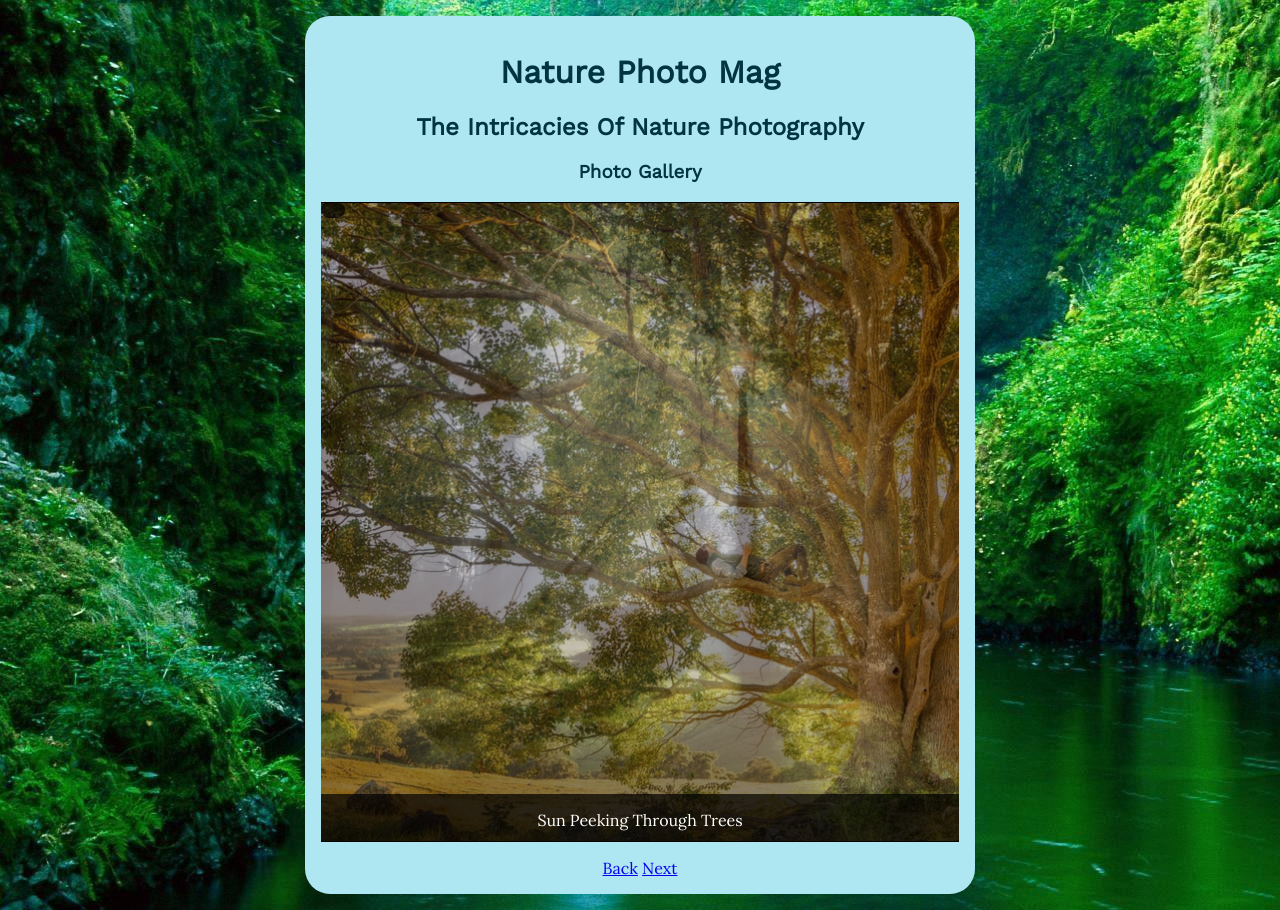
Repository: alexmaddux99/Image-Gallery
Page: index.html
These files come from the project's save history. The page is drawn as it stood at one moment and after the next save; the edit follows.
The browser window is 1280 px wide. The pictures show the whole page.
Backgrounds fixed to the window are drawn as part of the page.

Above is the page before, as saved 2022-03-10 12:12:59.
Console error: TypeError: Cannot set properties of null (setting 'innerHTML')

### index.html
<!DOCTYPE html>
<html lang="en">
<head>
  <meta charset="UTF-8">
  <meta http-equiv="X-UA-Compatible" content="IE=edge">
  <meta name="viewport" content="width=device-width, initial-scale=1.0">
  <title>Nature Photo Mag - The Intricacies Of Nature Photography - Photo Gallery</title>
  <link rel="stylesheet" href="css/main.css">
  <script  src="js/main.js" defer></script>

</head>
<body>

<div class="content">
<h1>Nature Photo Mag</h1>
<h2>The Intricacies Of Nature Photography</h2>
<section>
  <h3>Photo Gallery</h3>

  <figure class="frame">
    <img class="slide current" src="images/1.jpg" alt="Man Sleeping In Tree" numb="1/10">
    <img class="slide" src="images/2.jpg" alt="Sun Peeking Through Trees" numb="2/10">
    <img class="slide" src="images/3.jpg" alt="Couple Looking At Mountain Overlooking Lake">
    <img class="slide" src="images/4.jpg" alt="Northern Lights">
    <img class="slide" src="images/5.jpg" alt="Storm On The Coast">
    <img class="slide" src="images/6.jpg" alt="Mountain Overlooking house">
    <img class="slide" src="images/7.jpg" alt="Aerial Shot of Antartic Landscape">
    <img class="slide" src="images/8.jpg" alt="Close Up Of Crystal">
    <img class="slide" src="images/9.jpg" alt="Aerial Shot Of Remote Landscape">
    <img class="slide" src="images/10.jpg" alt="Aerial Shot Overlooking Ice Berg">




    <figcaption class="caption"></figcaption>

    <div class="numb1"></div>
  </figure>

  <div class="controls">
    <a href="#" class="back-btn">Back</a>
    <a href="#" class="next-btn">Next</a>
  </div>

</section>
</div>

</body>
</html>

### css/main.css
@import url('https://fonts.googleapis.com/css2?family=Lora&family=Work+Sans&display=swap');

* {
  box-sizing:border-box;
}



body {
  color: #013440;
  text-align:center;
  background-image: url(../images/background.jpg);
  background-attachment: fixed;
}

h1, h2, h3{

  font-family: 'Work Sans', sans-serif;

}

section {
  min-height: max-content;
  width: 100%;
  margin: auto;
}

.frame {
  background-color: black;
  position:relative;
  max-width:640px;
  width: 100%;
  height:640px;
  margin: 1rem auto;

}

.slide {
  object-fit: contain;
  width: 100%;
  height: 100%;
  display:block;
  margin-bottom: 2rem;
}


.hide {
  opacity: 0;
  transition: opacity .5s ease-out;
}


.current {
  transition: opacity .5s ease-out;
}


.abs-pos {
  position: absolute;
}

.caption {
  font-family: 'Lora', serif;
  position: absolute;
  z-index: 3;
  color: #fff;
  background: rgba(0, 0, 0, .7);
  bottom: 0;
  width: 100%;
  height: 1rem;
  padding: 1rem 1rem 2rem 1rem;
}

.controls {
  font-family: 'Lora', serif;
  display: none;
}

.content{
  margin: 1rem;
  padding: 1rem;
  background-color: #AEE6F2;
  border-radius: 25px;
}

.numb1{
  padding: 1rem;
  border-radius: 25px;
  background: rgba(0, 0, 0, .7);
  color: #f2f2f2;
  font-size: 12px;
  padding: 8px 12px;
  position: absolute;
  top: 0;
}

@media only screen and (min-width: 768px) {
  .content{
      margin-left: auto;
      margin-right: auto;
      align-content: center;
      max-width: 670px;
  }
  }

### js/main.js
document.addEventListener('DOMContentLoaded', init);
var myInterval = "";

function init() {
  //create shortcut vars
  const back_btn = document.querySelector(".back-btn");
  const next_btn = document.querySelector(".next-btn");
  const frame = document.querySelector(".frame");
  const slides = frame.querySelectorAll("img");
  const caption = document.querySelector(".caption");
  const controls = document.querySelector(".controls");


  //with JS active, hide all images
  slides.forEach((slide) => {
    slide.classList.add("hide", "abs-pos");
  });

  // show the first slide
  slides[0].classList.remove("hide");

  //make the controls work
   next_btn.addEventListener("click",changeSlide);
   back_btn.addEventListener("click", changeSlide);

   // set the caption dynamically
   caption.innerHTML = frame.firstElementChild.alt;

   //show the controls
   controls.style.display = "block";

   myInterval = setInterval(changeSlide, 5000);
}



function changeSlide(e) {

    // stop link from trying to reload page
    if(e) {
      e.preventDefault();
      clearInterval(myInterval);
    }

    //shortcut vars
    const frame = document.querySelector(".frame");
    const slides = frame.querySelectorAll("img");
    const caption = document.querySelector(".caption");
    const numb1 = document.querySelector(".numb")
    let showing = document.querySelector(".current");
    let nextUp = "";

    if(!e || e.target.className == 'next-btn') {
      nextUp = showing.nextElementSibling;
    }else{
      nextUp = showing.previousElementSibling;
    }


    // deactivate current image
    showing.classList.toggle("hide");
    showing.classList.toggle("current");

    //make sure next image is there
    if (!nextUp) {
      nextUp = slides[slides.length - 1];
    }

    if (nextUp.nodeName !== "IMG") {
      nextUp = slides[0];
    }

    // activate next image
    nextUp.classList.toggle("hide");
    nextUp.classList.toggle("current");

    //change caption text
    caption.innerHTML = nextUp.alt;

    numb1.innerHTML = nextUp.numb;
  }

After the next save:
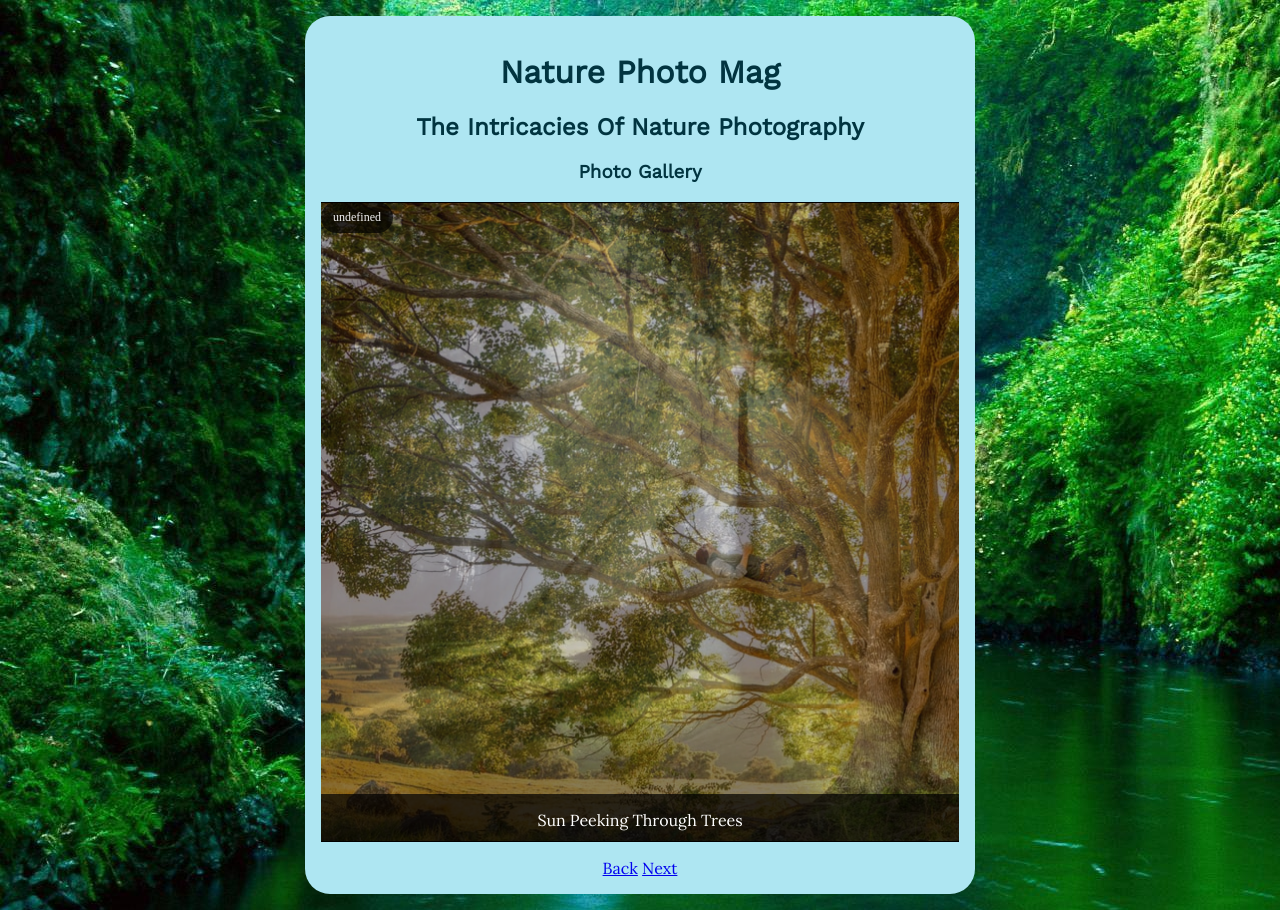
The error is gone.
Saved 60 s later.
--- a/js/main.js
+++ b/js/main.js
@@ -46,7 +46,7 @@ function changeSlide(e) {
     const frame = document.querySelector(".frame");
     const slides = frame.querySelectorAll("img");
     const caption = document.querySelector(".caption");
-    const numb1 = document.querySelector(".numb")
+    const numb1 = document.querySelector(".numb1")
     let showing = document.querySelector(".current");
     let nextUp = "";
 
